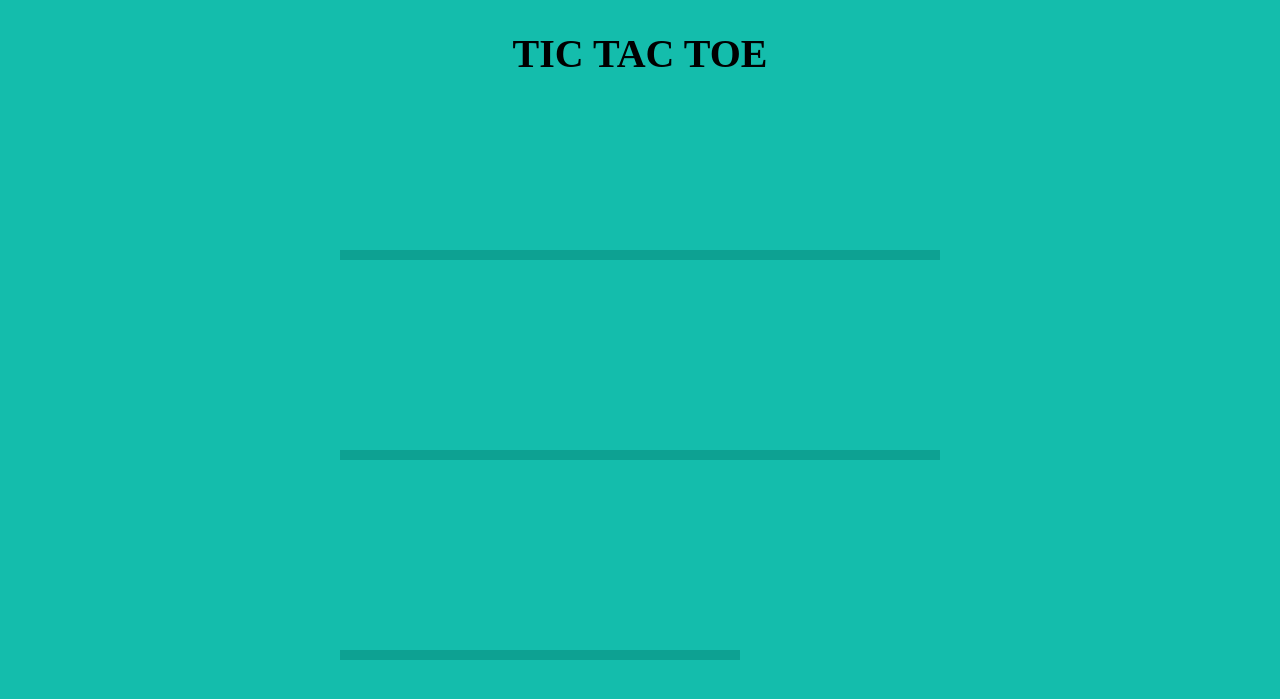
Repository: baumanmilosz/tictactoe
Page: index.html
These files come from the project's save history. The page is drawn as it stood at one moment and after the next save; the edit follows.
The browser window is 1280 px wide. The pictures show the whole page.

Above is the page before, as saved 2019-02-24 18:31:19.

### index.html
<!DOCTYPE html>
<html lang="en">

<head>
  <meta charset="UTF-8">
  <meta name="viewport" content="width=device-width, initial-scale=1.0">
  <meta http-equiv="X-UA-Compatible" content="ie=edge">
  <link rel="stylesheet" href="./style.css">
  <title>Tic Tac Toe</title>
</head>

<body>
  <header class="game-header">
    <h1 class="game-title">Tic Tac Toe</h1>
    <h2 class="winner"></h2>
  </header>
  <div class="board">
    <div class="box horizontal-border vertical-border" data-row="0" data-col="0"></div>
    <div class="box horizontal-border vertical-border" data-row="0" data-col="1"></div>
    <div class="box horizontal-border" data-row="0" data-col="2"></div>
    <div class="box horizontal-border vertical-border" data-row="1" data-col="0"></div>
    <div class="box horizontal-border vertical-border" data-row="1" data-col="1"></div>
    <div class="box horizontal-border" data-row="1" data-col="2"></div>
    <div class="box vertical-border" data-row="2" data-col="0"></div>
    <div class="box vertical-border" data-row="2" data-col="1"></div>
    <div class="box" data-row="2" data-col="2"></div>
  </div>

  <script src="./script.js"></script>
</body>

</html>

### style.css
* {
  margin: 0;
  padding: 0;
  box-sizing: border-box;
}

html {
  font-size: 10px;
}

body {
  position: relative;
  height: 100vh;
  background-color: #14BDAC;
}

.game-header {
  padding: 3rem 0;
  text-align: center;
}

.game-header .game-title {
  font-size: 4rem;
  text-transform: uppercase;
}

.game-header .winner {
  display: none;
}

.board {
  display: flex;
  flex-wrap: wrap;
  justify-content: center;
  align-items: center;
  position: absolute;
  left: 50%;
  top: 50%;
  transform: translate(-50%, -50%);
  width: 50vw;
  height: 50vw;
  max-width: 600px;
  max-height: 600px;
}

.box {
  width: 33.3%;
  height: 33.3%;
  display: flex;
  cursor: pointer;
  /* border: 5px solid #0DA192; */
}

.box {
  position: relative;
}

.box.horizontal-border {
border-bottom: 10px solid #0DA192;
}

.box.vertical-border {
border-bottom: 10px solid #0DA192;
}

.box.circle::before, .box.cross::after {
  position: absolute;
  left: 50%;
  top: 50%;
  transform: translate(-50%,-50%);
  font-size: 40px;
}

.box.circle:before{
  content: 'O';
  color: #F2EBD3;
}

.box.cross::after{
  content: 'X';
  color: #545454;
}

### script.js
var boxes = document.querySelectorAll('.box');
const player1 = 'circle';
const player2 = 'cross';
let oddRound = true;

const board = [
  ['', '', ''],
  ['', '', ''],
  ['', '', '']
]

const winCombinations = [
  [0, 1, 2], [3, 4, 5], [6, 7, 8],
  [0, 3, 6], [1, 4, 7], [2, 5, 8],
  [0, 4, 8], [2, 4, 6]
]

function turn() {
  const { row, col } = this.dataset;

  if (this.classList.contains(player1) || this.classList.contains(player2)) return;
  const turn = oddRound ? player1 : player2;
  this.classList.add(turn);
  board[row][col] = turn;
  oddRound = !oddRound;

  check();
}

function check() {

  const result = board.reduce((total, row) => total.concat(row));

  let moves = {
    'circle': [],
    'cross': []
  };

  result.forEach((box, index) => moves[box] ? moves[box].push(index) : null);

  winCombinations.forEach(combination => {
    if (combination.every(index => moves[player1].indexOf(index) > -1)) {
      showWinner(player1);
    }
    if (winCombination.every(index => moves[player2].indexOf(index) > -1)) {
      showWinner(player2);
    }
  })
}

function showWinner(winPlayer) {
  const whoWinner = document.querySelector('.winner');

  whoWinner.style.display = 'block';
  whoWinner.textContent = `Winner: ${winPlayer} !`;
  boxes.forEach(box => box.removeEventListener('click', turn));
  setTimeout(() => window.location.reload(), 4000);
}

boxes.forEach(box => box.addEventListener('click', turn));

After the next save:
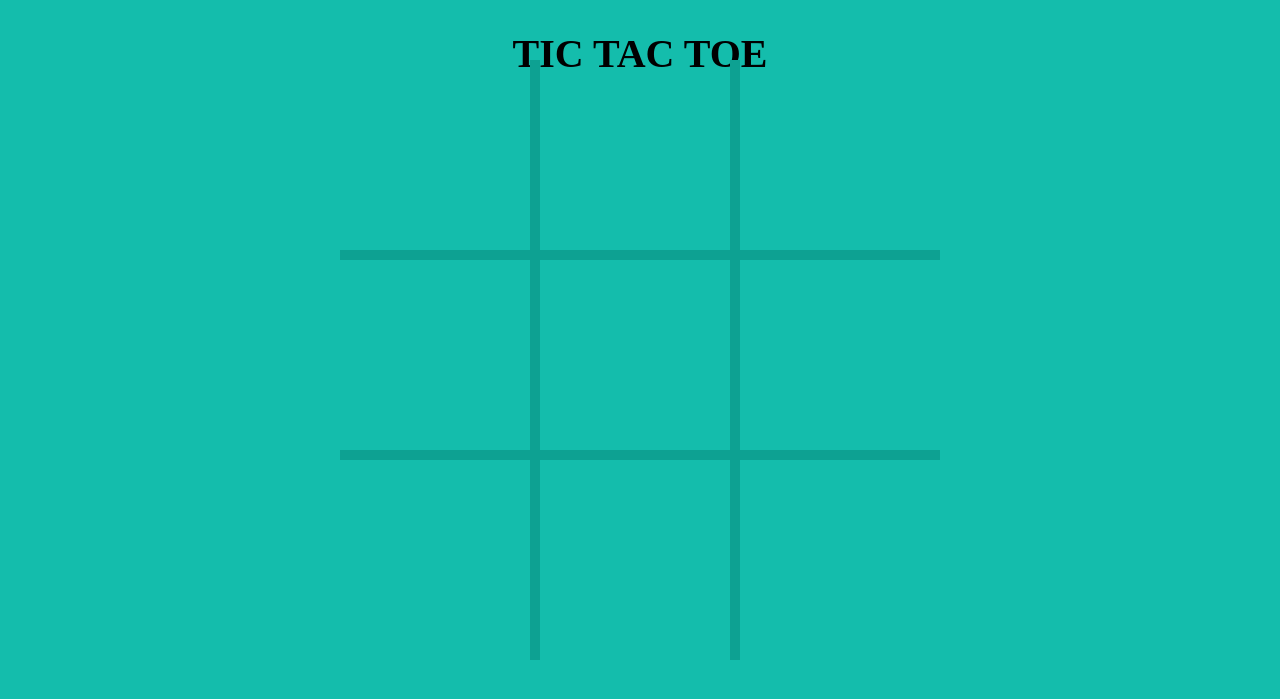
Saved 14 s later.
--- a/style.css
+++ b/style.css
@@ -60,7 +60,7 @@ border-bottom: 10px solid #0DA192;
 }
 
 .box.vertical-border {
-border-bottom: 10px solid #0DA192;
+border-right: 10px solid #0DA192;
 }
 
 .box.circle::before, .box.cross::after {
